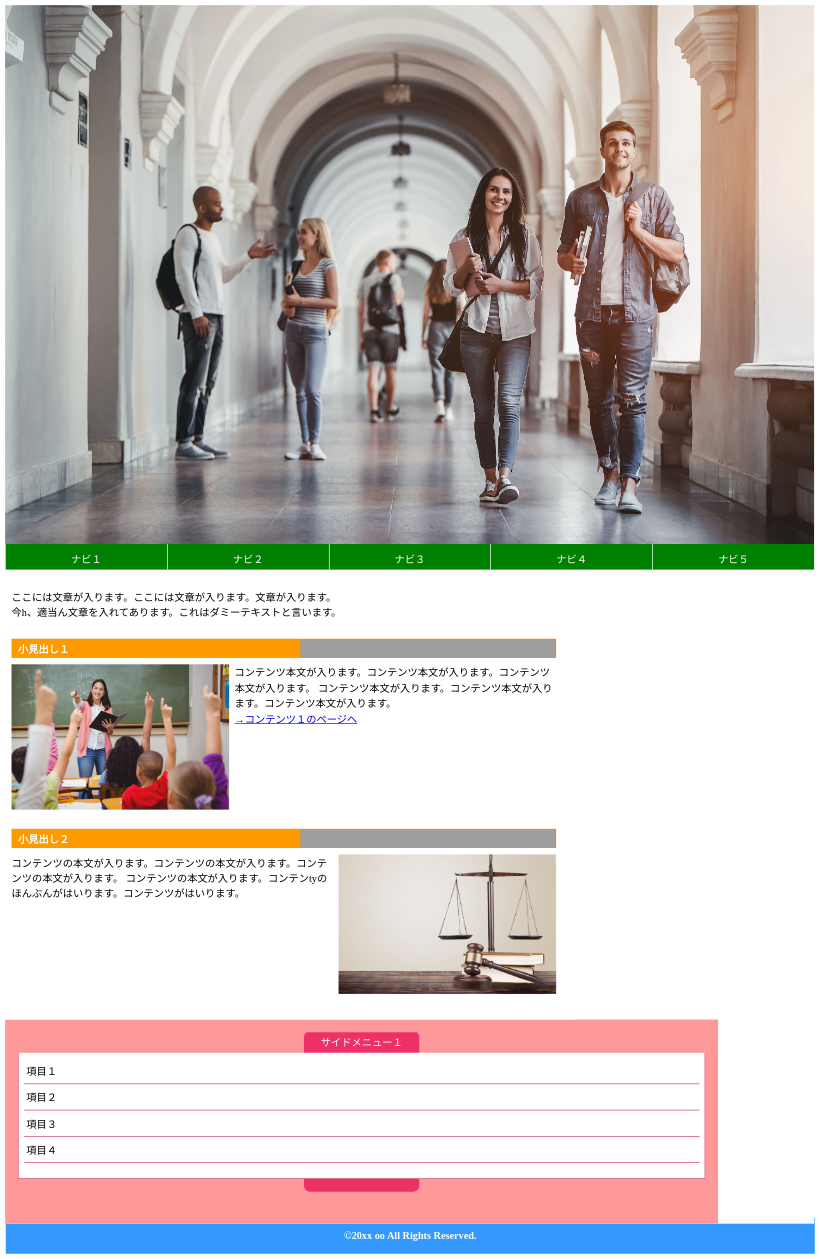
Repository: mksh323/samurai_HTML-CSS
Page: home.html
The author's editor kept a record of every edit. The page is drawn from the files as they stood at one moment, then again after the next edit.
The browser window is 1280 px wide. The pictures show the whole page, at 64% of full size.
Pictures or frames that could not be fetched are drawn as grey boxes.

Above is the page before.

After the next edit:
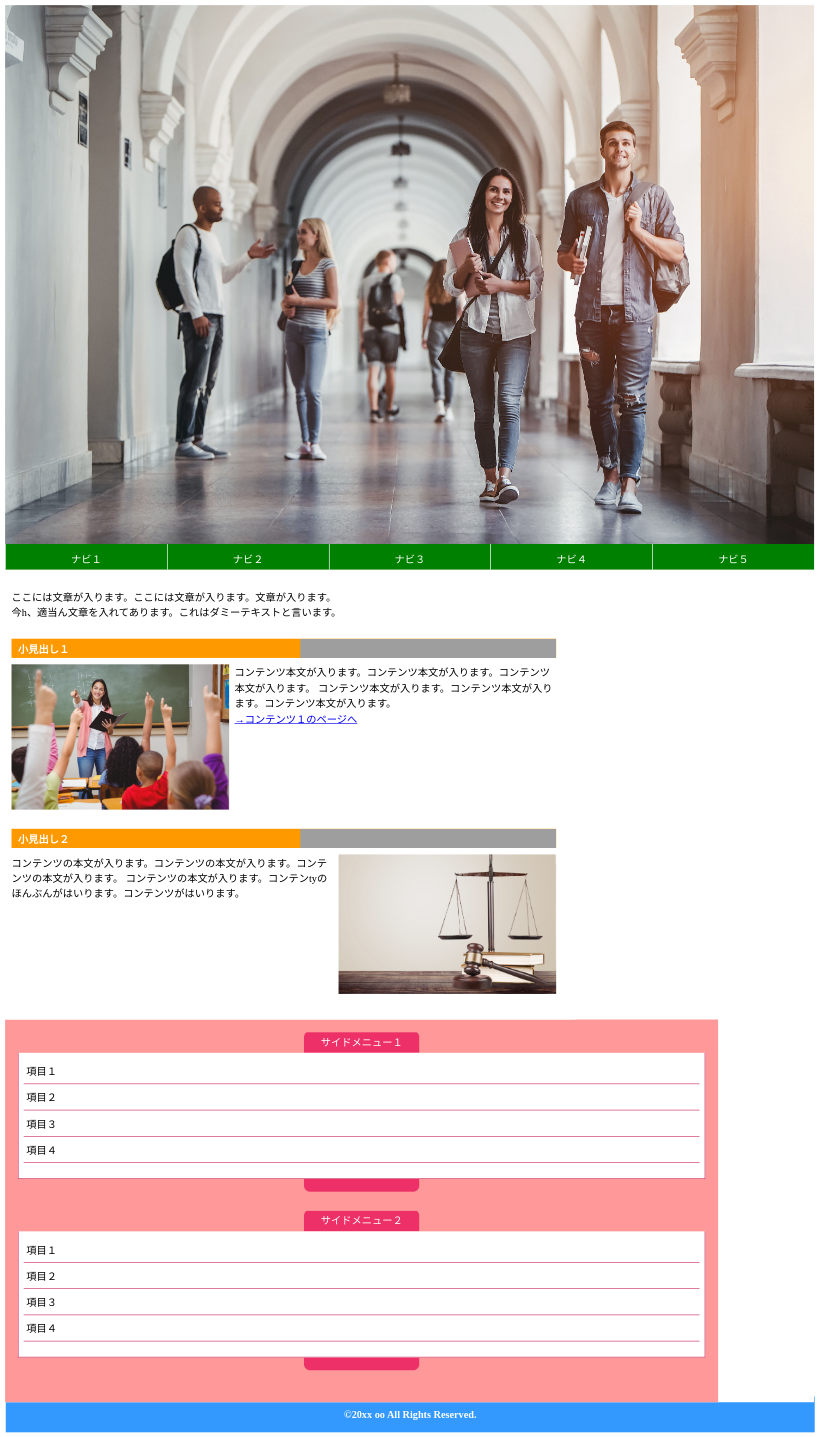
The edit:
--- a/home.html
+++ b/home.html
@@ -55,6 +55,17 @@
                     </ul>
                 </div>
             </div>
+            <div class="box">
+                <h2>サイドメニュー２</h2>
+                <div class="boxBody">
+                    <ul>
+                        <li>項目１</li>
+                        <li>項目２</li>
+                        <li>項目３</li>
+                        <li>項目４</li>
+                    </ul>
+                </div>
+            </div>
         </div>
     </div>
      <div id="footer">
